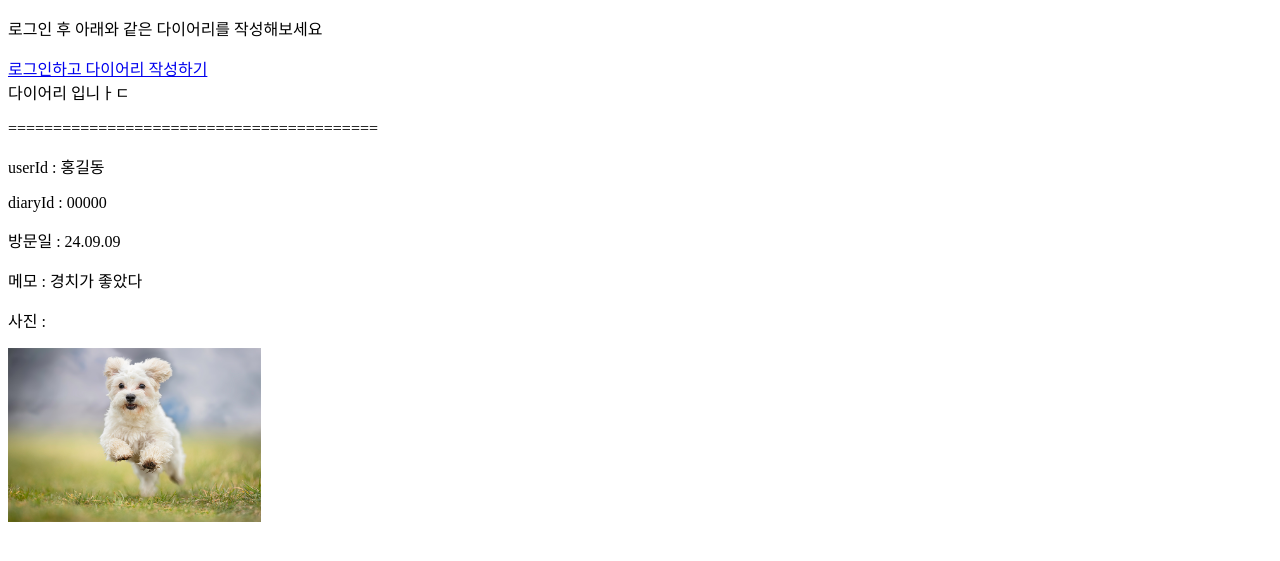
Repository: ezooo/testpj
Page: http://localhost/howwwAbout/WEB-INF/views/diary_beforeLogin.jsp
The author's editor kept a copy of each file at every save. The page is drawn from the files as they stood at one save, then again after the next save.
The browser window is 1280 px wide. The pictures show the whole page.
The page is served by Tomcat 9. Nobody is signed in. The template is opened directly, without the code that normally fills it, so the values that code supplies are empty.

Above is the page before, as saved 2024-12-04 00:46:12.

After the next save:
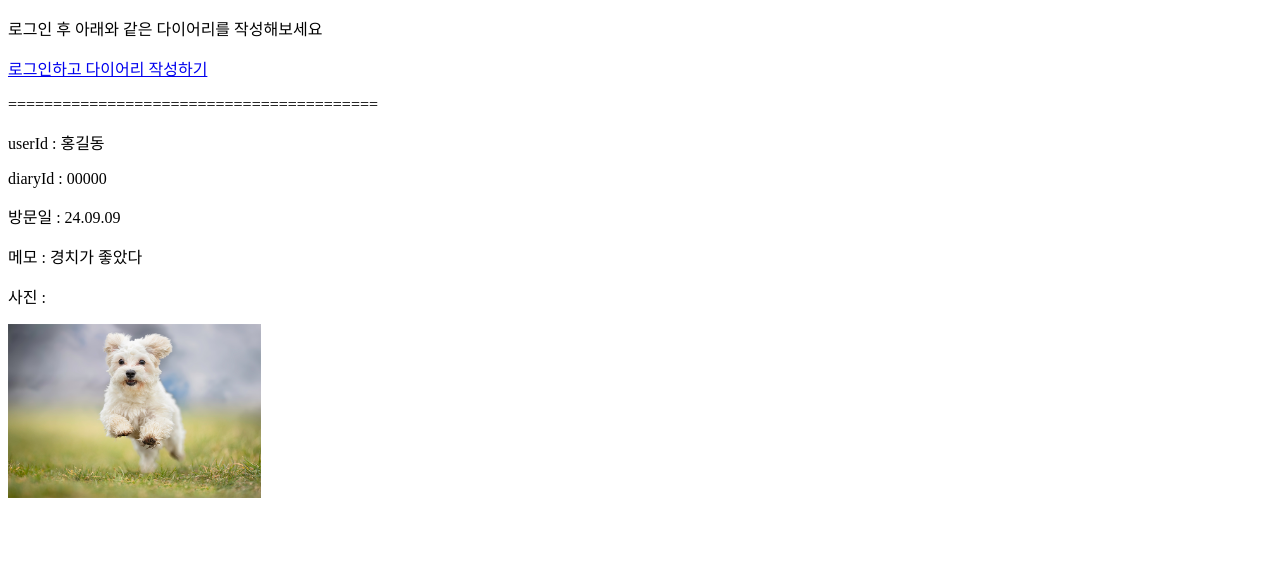
Saved 7 s later.
--- a/howwwAbout/src/main/webapp/WEB-INF/views/diary_beforeLogin.jsp
+++ b/howwwAbout/src/main/webapp/WEB-INF/views/diary_beforeLogin.jsp
@@ -9,7 +9,7 @@
 <body>
 <p> 로그인 후 아래와 같은 다이어리를 작성해보세요 </p>
 <a href="login">로그인하고 다이어리 작성하기</a> <br>
-다이어리 입니ㅏㄷ
+
 	<p>========================================= </p>
 	<p>userId : 홍길동 </p>
 	<p>diaryId : 00000 </p>
